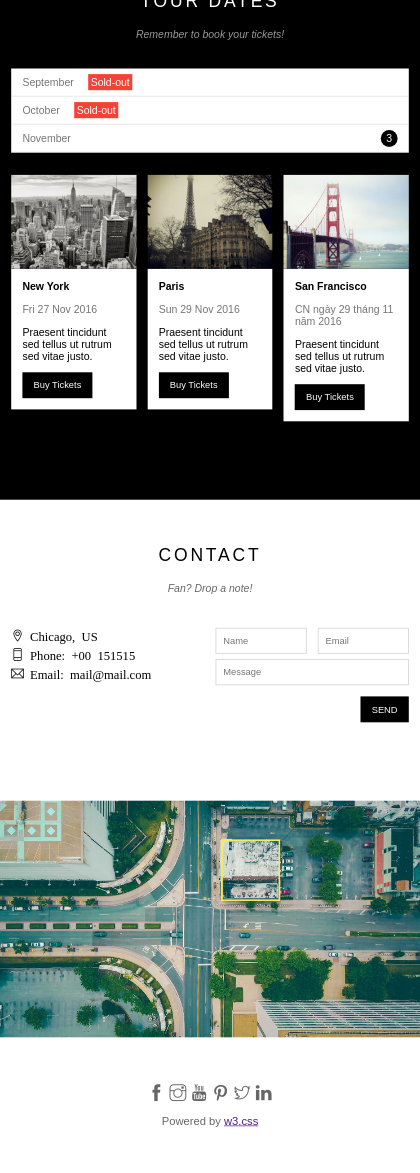
Repository: BillLee2000/w3-band
Page: index.html
These files come from the project's save history. The page is drawn as it stood at one moment and after the next save; the edit follows.
The browser window is 600 px wide. The pictures show the part of the page from y = 2187 to 4427 px (the page is 3862 px tall before and 5321 px after), at 70% of full size.

Above is the page before, as saved 2021-12-16 06:21:11.

### index.html
<!DOCTYPE html>
<html lang="en">

<head>
    <meta charset="UTF-8">
    <meta http-equiv="X-UA-Compatible" content="IE=edge">
    <meta name="viewport" content="width=device-width, initial-scale=1.0">
    <link rel="icon" href="./assets/favicon/download.jpg" type="image/x-icon" />
    <link rel="stylesheet" href="./assets/css/styles.css">
    <link rel="stylesheet" href="./assets/css/responsive.css">
    <link rel="stylesheet" href="./assets/fonts/themify-icons/themify-icons.css">
    <title>The band</title>
</head>

<body>
    <div id="main">
        <div id="header">
            <ul id="nav">
                <!-- ul#nav>li*5>a -->
                <li><a href="#">Home</a></li>
                <li><a href="#band">Band</a></li>
                <li><a href="#tour">Tour</a></li>
                <li><a href="#contact">Contact</a></li>
                <li>
                    <a href="#">
                        More
                        <i class="down ti-angle-down"></i>
                    </a>
                    <ul class="subnav">
                        <li><a href="#">Merchandise</a></li>
                        <li><a href="#">Extras</a></li>
                        <li><a href="#">Media</a></li>
                    </ul>
                </li>
            </ul>
            <div id="mobile-menu" class="mobile-menu-btn">
                <i class="menu-icon ti-menu"></i>
            </div>
            <div class="search-btn">
                <i class="search-icon ti-search"></i>
            </div>
        </div>
        <div id="slide">
            <div class="text-content">
                <h2 class="text-heading">
                    Chicago
                </h2>
                <div class="text-decsription">
                    Thank you, Chicago - A night we won't forget.
                </div>
            </div>
        </div>
        <div id="content">
            <div id="band" class="content-section">
                <h2 class="section-heading">
                    THE BAND
                </h2>
                <p class="section-sub-heading">
                    We love music
                </p>
                <p class="about-text">
                    We have created a fictional band website. Lorem ipsum dolor sit amet, consectetur adipiscing elit,
                    sed do eiusmod tempor incididunt ut labore et dolore magna aliqua. Ut enim ad minim veniam, quis
                    nostrud exercitation ullamco laboris nisi ut aliquip ex ea commodo consequat. Duis aute irure dolor
                    in reprehenderit in voluptate velit esse cillum dolore eu fugiat nulla pariatur. Excepteur sint
                    occaecat cupidatat non proident, sunt in culpa qui officia deserunt mollit anim id est laborum
                    consectetur adipiscing elit, sed do eiusmod tempor incididunt ut labore et dolore magna aliqua. Ut
                    enim ad minim veniam, quis nostrud exercitation ullamco laboris nisi ut aliquip ex ea commodo
                    consequat
                </p>
                <div class="row nembers-list">
                    <div class="members-item col col-third text-center">
                        <p class="member-name">
                            Name
                        </p>
                        <img src="./assets/img/band/member1.jpg" alt="Name" class="member-img">
                    </div>
                    <div class="members-item col col-third text-center">
                        <p class="member-name">
                            Name
                        </p>
                        <img src="./assets/img/band/member1.jpg" alt="Name" class="member-img">
                    </div>
                    <div class="members-item col col-third text-center">
                        <p class="member-name">
                            Name
                        </p>
                        <img src="./assets/img/band/member1.jpg" alt="Name" class="member-img">
                    </div>
                    <div class="clear"></div>
                </div>
            </div>
            <div id="tour" class="tour-section">
                <div class="content-section">
                    <h2 class="section-heading text-white">
                        TOUR DATES
                    </h2>
                    <p class="section-sub-heading text-white">
                        Remember to book your tickets!
                    </p>
                    <ul class="stickets-list">
                        <li>September <span class="sold-out">Sold-out</span></li>
                        <li>October <span class="sold-out">Sold-out</span></li>
                        <li>November <span class="quantity">3</span></li>
                    </ul>
                    <div class="row places-list">
                        <div class="col col-third s-col-full mt-16">
                            <img src="./assets/img/places/place1.jpg" alt="New York" class="place-img">
                            <div class="place-content">
                                <h3 class="place-heading">
                                    New York
                                </h3>
                                <p class="place-time">
                                    Fri 27 Nov 2016
                                </p>
                                <p class="place-description">
                                    Praesent tincidunt sed tellus ut rutrum sed vitae justo.
                                </p>
                                <button class="btn js-buy-ticket">Buy Tickets</button>
                            </div>
                        </div>
                        <div class="col col-third s-col-full mt-16">
                            <img src="./assets/img/places/place2.jpg" alt="New York" class="place-img">
                            <div class="place-content">
                                <h3 class="place-heading">
                                    Paris
                                </h3>
                                <p class="place-time">
                                    Sun 29 Nov 2016
                                </p>
                                <p class="place-description">
                                    Praesent tincidunt sed tellus ut rutrum sed vitae justo.
                                </p>
                                <button class="btn js-buy-ticket">Buy Tickets</button>
                            </div>
                        </div>
                        <div class="col col-third s-col-full mt-16">
                            <img src="./assets/img/places/place3.jpg" alt="New York" class="place-img">
                            <div class="place-content">
                                <h3 class="place-heading">
                                    San Francisco
                                </h3>
                                <p class="place-time">
                                    CN ngày 29 tháng 11 năm 2016
                                </p>
                                <p class="place-description">
                                    Praesent tincidunt sed tellus ut rutrum sed vitae justo.
                                </p>
                                <button class="btn js-buy-ticket">Buy Tickets</button>
                            </div>
                        </div>
                        <div class="clear"></div>
                    </div>
                </div>
            </div>
            <div id="contact" class="content-section">
                <h2 class="section-heading">
                    CONTACT
                </h2>
                <p class="section-sub-heading">
                    Fan? Drop a note!
                </p>
                <div class="row contact-content">
                    <div class="col col-half contact-info">
                        <p><i class="ti-location-pin"> Chicago, US</i></p>
                        <p><i class="ti-mobile"> Phone: +00 151515</i></p>
                        <p><i class="ti-email"> Email: mail@mail.com</i></p>
                    </div>
                    <div class="col col-half contact-form">
                        <form action="">
                            <div class="row">
                                <div class="col col-half">
                                    <input placeholder="Name" type="text" name="" required id="" class="form-control">
                                </div>
                                <div class="col col-half">
                                    <input placeholder="Email" type="email" name="" required id="" class="form-control">
                                </div>

                            </div>
                            <div class="row mt-8">
                                <div class="col col-full">
                                    <input placeholder="Message" type="text" name="" required id=""
                                        class="form-control">
                                </div>
                            </div>
                            <input class="btn mt-16 pull-right" type="submit" value="SEND">
                        </form>
                    </div>
                </div>
            </div>
            <div class="map-section">
                <img src="./assets/img/map.jpg" alt="map">
            </div>

        </div>
        <div id="footer">
            <div class="social-list">
                <a href=""><i class="ti-facebook"></i></a>
                <a href=""><i class="ti-instagram"></i></a>
                <a href=""><i class="ti-youtube"></i></a>
                <a href=""><i class="ti-pinterest"></i></a>
                <a href=""><i class="ti-twitter"></i></a>
                <a href=""><i class="ti-linkedin"></i></a>
            </div>
            <p class="copyright">Powered by <a href="">w3.css</a></p>
        </div>
        <div class="modal js-modal">
            <div class="modal-container js-modal-container">
                <div class="modal-close js-modal-close">
                    <i class="ti-close"></i>
                </div>
                <header class="modal-header">
                    <i class="modal-heading-icon ti-bag"></i>
                    Tickets
                </header>
                <div class="modal-body">
                    <label for="tickets-quantity" class="modal-tickets">
                        <i class="ti-shopping-cart"></i>
                        Tickets, $15 per person
                    </label>
                    <input type="text" id="tickets-quantity" class="modal-input" placeholder="How many?">
                    <label for="tickets-email" class="modal-tickets">
                        <i class="ti-user"></i>
                        Send to
                    </label>
                    <input id="tickets-email" type="email" class="modal-input" placeholder="Enter email...">
                    <button id="buy-tickets">
                        Pay <i class="ti-check"></i>
                    </button>
                </div>
                <footer class="modal-footer">
                    <p class="modal-help">Need <a href="" class="">help?</a></p>
                </footer>
            </div>
        </div>
    </div>
    <script>
        const buyBtns = document.querySelectorAll('.js-buy-ticket') /* Lấy 3 giá trị của nut buy tickets đẩy vào buyBtns */
        const modal = document.querySelector('.js-modal') /* thêm class modal vào hằng */
        const modalClose = document.querySelector('.js-modal-close')
        const modalConainer = document.querySelector('.js-modal-container')
        function showBuyTicket() {
            /*  alert("Show") */ /* bật lên hộp thoại */
            modal.classList.add('open') /* add thêm class open vào sau modal bật của sổ hiển thị lên */
        }
        function hideBuyTicket() {
            /*  alert("Show") */ /* bật lên hộp thoại */
            modal.classList.remove('open') /* remove class open vào sau modal close để đóng cửa sổ hiển thị */
        }
        for (const buyBtn of buyBtns) {/* Vòng lặp cho từng nút(button) chạy 3 lần */
            buyBtn.addEventListener('click', showBuyTicket)/* Khi click vào ô buyTickKets sẽ chuyển đến hàm show.. */
        }
        modalClose.addEventListener('click', hideBuyTicket)
        modal.addEventListener('click', hideBuyTicket)
        modalConainer.addEventListener('click', function (event) {
            event.stopPropagation() //ngừng event nổi bọt lại
        })
    </script>
    <script>
        var header = document.getElementById('header');
        var mobileMenu = document.getElementById('mobile-menu');
        /* console.log(mobileMenu) */
        var headerHeight = header.clientHeight;
        // Dong mo mobile menu
        mobileMenu.onclick = function (){
            /* alert('Thong Bao'); */
            var isClosed = header.clientHeight === headerHeight;
            if (isClosed) {
                header.style.height = 'auto';
            }else{
                header.style.height = null;
            }
        }
        //tu dong dong khi chon menu
        var menuItems = document.querySelectorAll('#nav li a[href*="#"]');
        /* console.log(menuItems); */
        for (var i = 0;i<menuItems.length;i++){
            var menuItem = menuItems[i];
            menuItem.onclick = function(event){
                var isParentMenu = this.nextElementSibling && this.nextElementSibling.classList.contains('subnav');
                if(isParentMenu){
                    event.preventDefault();
                }else{
                    header.style.height = null;
                }
            }
        }
    </script>
</body>

</html>

### assets/css/styles.css
/* reset css */

* {
    padding: 0;
    margin: 0;
    box-sizing: border-box;
}

html {
    scroll-behavior: smooth; /* //hành động cuộn */
    font-family: Arial, Helvetica, sans-serif;
    /* font chu in dam */
}

#main {}

.text-white{
    color: #fff !important;
}
.row{
    margin-left: -8px;
    margin-right: -8px;
}
.row::after {
    content: "";
    display: block;
    clear: both;
}
.mt-8{
    margin-top: 8px !important;
}
.mt-16{
    margin-top: 16px !important;
}
.col {
    float: left;
    padding-left: 8px;
    padding-right: 8px;
}
.col-half{
    width: 50%;
}
.col-third{
    width: 33.33333%;
}
.col-full {
    width: 100%;
}
.text-center {
    text-align: center !important;
}

#header {
    height: 46px;
    background-color: black;
    position: fixed;
    top: 0;
    left: 0;
    right: 0;
    z-index: 1;
}
#header .mobile-menu-btn {
    position: absolute;
    top: 0;
    right: 0;
    display: none;
}
#header .mobile-menu-btn,
#header .search-btn {
    float: right;
    padding: 0 21px;
}
#header .mobile-menu-btn:hover {
    background-color: #ccc;
}
#header .mobile-menu-btn:hover .menu-icon {
    color: #000;
}
#header .search-btn:hover {
    background-color: #f44336;
    cursor: pointer;
}
#header .menu-icon,
#header .search-icon {
    color: #fff;
    line-height: 46px;
}

#nav {
    display: inline-block;
}

#nav>li {
    display: inline-block;
}

#nav li {
    position: relative;
}

#nav .down {
    font-size: 14px;
}

#nav>li>a {
    color: #fff;
    text-transform: uppercase;
}

#nav li a {
    text-decoration: none;
    line-height: 46px;
    padding: 0 24px;
    display: block;
}

#nav .subnav li:hover a,
#nav>li:hover>a {
    color: #000;
    background-color: #ccc;
}

#nav li:hover .subnav {
    display: block;
}

#nav,
.subnav {
    list-style-type: none;
    /* bor dau cham dau dong */
}

#nav .subnav {
    display: none;
    min-width: 160px;
    top: 100%;
    left: 0;
    position: absolute;
    background-color: #fff;
    box-shadow: 0 0 10px rgba(0, 0, 0, 0.3);
}

#nav .subnav a {
    color: #000;
    padding: 0 12px;
    line-height: 38px;
}

#slide {
    margin-top: 46px;
    padding-top: 50%;
    background: url("/assets/img/slider/slider1.jpg") top center / cover no-repeat;
    position: relative;
}

#slide .text-content {
    color: #fff;
    position: absolute;
    left: 50%;
    bottom: 47px;
    transform: translate(-50%);
    /* Cách 1 */
    /* Width: 100%; */
    /* cach 2 */
    /* Cách 3: left: 0; right: 0; */
    text-align: center;
}

#slide .text-heading {
    font-size: 24px;
    font-weight: 500;
}

#slide .text-decsription {
    font-size: 15px;
    margin-top: 25px;
}
.pull-right {
    float: right !important;
}
.btn{
    color: #fff;
    background-color: #000;
    text-decoration: none;
    padding: 11px 16px;
    display: inline-block;
    margin-top: 15px;
    border: none;
}
.btn:hover {
    cursor: pointer;
    color: #000;
    background-color: #ccc;
}

#content {}

#content .content-section{
    width: 800px;
    max-width: 100%;
    padding: 64px 0 112px;
    margin-left: auto;
    margin-right: auto;
    padding-left: 16px;
    padding-right: 16px;
}
#content .section-heading{
    font-weight: 500;
    text-align: center;/* Can giua */
    font-size: 25px;
    letter-spacing: 4px;/* Khoảng cách các chữ cái */
}
#content .section-sub-heading{
    text-align: center;
    margin-top: 25px;
    font-size: 15px;
    font-style: italic;
    opacity: 0.6;/* Giam 40% đô đậm của chữ */
}
#content .about-text {
    margin-top: 25px;
    text-align: justify;
    line-height: 1.4;
}
#content .nembers-list{
    margin-top: 48px;
}
/* #content .member-item { */
    /* float: left; */
    /* width: calc(100% / 3); */
   /*  width: 33.333333%; */
    /* text-align: center; */
/* } */
#content .member-name{
    font-size: 15px;
}
#content .member-img{
    margin-top: 15px;
    width: 154px;
    border-radius: 4px;
    overflow: hidden;/* Xóa font float:left; */
}
#content .clear{
    clear: both;
}
#content .tour-section{
    background-color: #000;

}
.stickets-list{
    background-color: #fff;
    margin-top: 40px;
    list-style: none;
}
.stickets-list li{
    font-size: 15px;
    padding: 11px 16px;
    border-bottom:  1px solid #ddd;
    color: #757575;
}
.stickets-list .sold-out {
    background-color: #f44336;
    padding: 3px 4px;
    color: #fff;
    margin-left: 16px;
}
.stickets-list .quantity{
    float: right;
    width: 24px;
    height: 24px;
    color: #fff;
    text-align: center;
    line-height: 24px;
    background-color: #000;
    border-radius: 50%;
    margin-top: -3px;
}

.tour-section .places-list{
    margin-top: 16px;
}

.tour-section .place-img{
    width: 100%;
    display: block;
}
.tour-section .place-img:hover{
    opacity: 0.6;
}
.tour-section .place-content{
    background-color: #fff;
    padding: 16px;
    font-size: 15px;
}
.tour-section .place-heading{
    font-weight: 600;
    font-size: 15px;
}
.tour-section .place-time{
    margin-top: 16px;
    color: #757575;
}
.tour-section .place-description{
    margin-top: 16px;
}
.contact-content{
    margin-top: 48px;
}
.contact-form {
    font-size: 15px;
}
.contact-content .contact-info{
    font-size: 18px;
    line-height: 1.5;
}
.contact-form .form-control {
    padding: 10px;
    border: 1px solid #ccc;
    width: 100%;
    outline: none;
}
.contact-info i[class*="ti-"] {
    width: 30px;
}

#footer {}

.modal {
    position: fixed;
    top: 0;
    left: 0;
    right: 0;
    bottom: 0;
    background: rgba(0, 0, 0, 0.4);
    display: none;
    align-items: center;
    justify-content: center;

}

.modal.open {
    display: flex;
}

.modal-container{
    width: 900px;
    min-height: 200px;
    background-color: #fff;
    position: relative;
    max-width: calc(100% - 32px);
    animation: modalFadeIn ease 0.5s;
}
.modal .modal-close{
    position: absolute;
    right: 0;
    top: 0;
    color: #fff;
    padding: 12px;
    cursor: pointer;
    opacity: 0.8;
}
.modal-close:hover{
    opacity: 1;
    background-color: #ccc;
}
.modal .modal-header{
    background-color: #009688;
    height: 130px;
    display: flex;
    align-items: center;
    justify-content: center;
    font-size: 30px;
    color: #fff;
}
.modal-body{
    padding: 16px;
}
.modal-tickets{
    display: block;
    font-size: 15px;
    margin-bottom: 15px;
}
.modal-input{
    border: 1px solid #ccc;
    width: 100%;
    padding: 10px;
    font-size: 15px;
    margin-bottom: 24px;
}
.modal-heading-icon{
    margin-right: 16px;
}
#buy-tickets{
    color: #fff;
    background: #009688;
    border: none;
    width: 100%;
    font-size: 15px;
    text-transform: uppercase;
    padding: 18px;
}
#buy-tickets:hover {
    cursor: pointer;
    opacity: 0.9;
}
.map-section img {
    width: 100%;
}
#footer {
    padding: 64px 16px;
    text-align: center;
}
#footer .social-list {
    font-size: 24px;
}
#footer .social-list a {
    color: rgba(0 ,0 ,0 ,0.6);
    text-decoration: none;
}
#footer .copyright a:hover,
#footer .social-list a:hover {
    color: rgba(0 ,0 ,0 ,0.4);
}
#footer .copyright {
    margin-top: 15px;
    color: rgba(0 ,0 ,0 ,0.6);
}
.modal-footer {
    padding: 16px;
    text-align: right;
}
.modal-footer a {
    color: #2196F3;
}
@keyframes modalFadeIn{
    from {
        opacity: 0;
        transform: translateY(-140px);
    }
    to{
        opacity: 1;
        transform: translateY(0);
    }
}
/* PC */
@media(min-width: 1024px){

}
/* Tablet */
@media (min-width: 740px) and (max-width:1023px){

}
@media(max-width: 740px){

}

### assets/css/responsive.css
/* PC */
@media(min-width: 1024px){

}
/* Tablet */
@media (min-width: 740px) and (max-width:1023px){

}
/* Mobile */
@media(max-width: 740px){
    #s-col-full {
        width: 100%;
    }
    #nav {
        display: block;
    }
    #nav>li {
        display: block;
    }
    #nav li a {
        padding: 1px 24px;
    }
    #nav > li:first-child {
        display: inline-block;
    }
    #nav .subnav {
        position: initial;
        background-color: #333;
    }
    #content .members-item {
        margin-top: 30px;
        width: 100%;
    }
    #content .member-img {
        width: 60%;
    }
    #content .about-text {

    }
    #nav .subnav a {
        color: #fff;
        padding: 5px 41px;
    }
    #header {
        overflow: hidden;
    }
    #header .mobile-menu-btn {
        display: block;
    }
    #header .search-btn {
        display: none;
    }

}

Loaded but not shown: assets/fonts/themify-icons/themify-icons.css (common file)

After the next save:
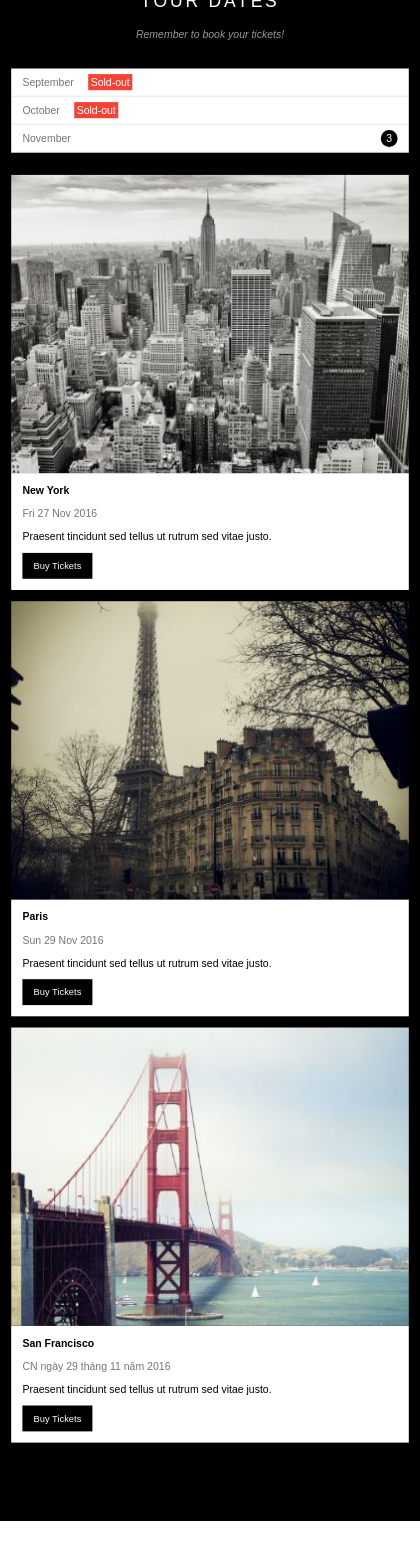
Saved 25 s later.
--- a/assets/css/responsive.css
+++ b/assets/css/responsive.css
@@ -8,7 +8,7 @@
 }
 /* Mobile */
 @media(max-width: 740px){
-    #s-col-full {
+    .s-col-full {
         width: 100%;
     }
     #nav {
